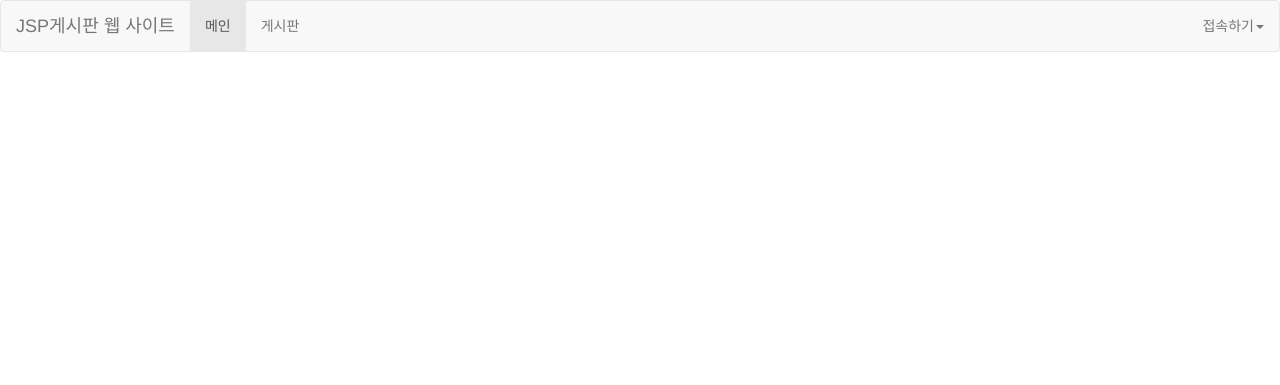
Repository: endol007/TripPuzzle
Page: http://localhost/BBS/main.jsp
An editor plug-in stored every save of this project. The page is shown before and after the next save, followed by the edit.
The browser window is 1280 px wide. The pictures show the whole page.
Some web libraries are served in a nearby version. The page is served by Tomcat 9.

Above is the page before, as saved 2019-08-21 09:14:26.

After the next save:
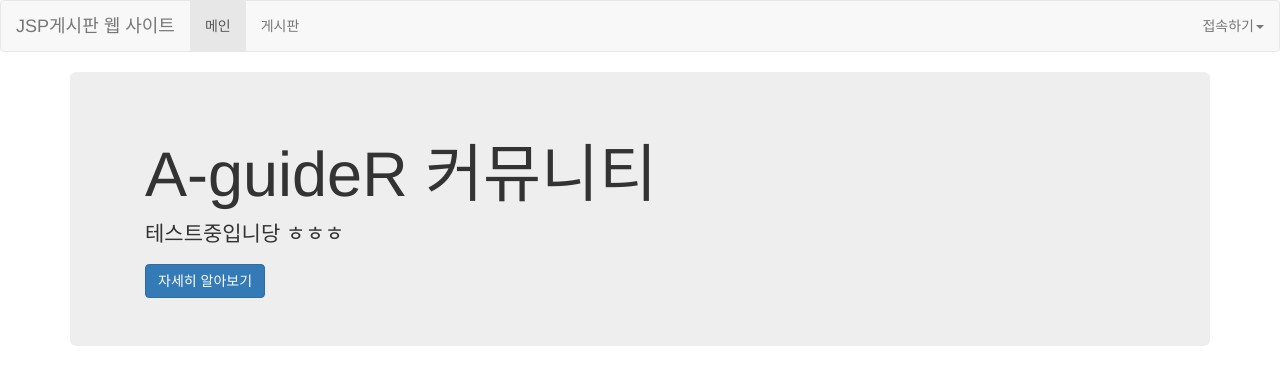
Saved 4 min 6 s later.
--- a/Yun/JSP 커뮤니티/Project/BBS/WebContent/main.jsp
+++ b/Yun/JSP 커뮤니티/Project/BBS/WebContent/main.jsp
@@ -64,6 +64,15 @@
 
 </div>
 </nav>
+<div class="container">
+<div class="jumbotron">
+<div class="container">
+<h1>A-guideR 커뮤니티</h1>
+<p>테스트중입니당 ㅎㅎㅎ</p>
+<a class="btn btn-primary btn-pull" href="#" role="button">자세히 알아보기</a>
+</div>
+</div>
+</div>
 <script src="http://code.jquery.com/jquery-3.1.1.min.js"></script>
 <script src=js/bootstrap.js></script>
 
